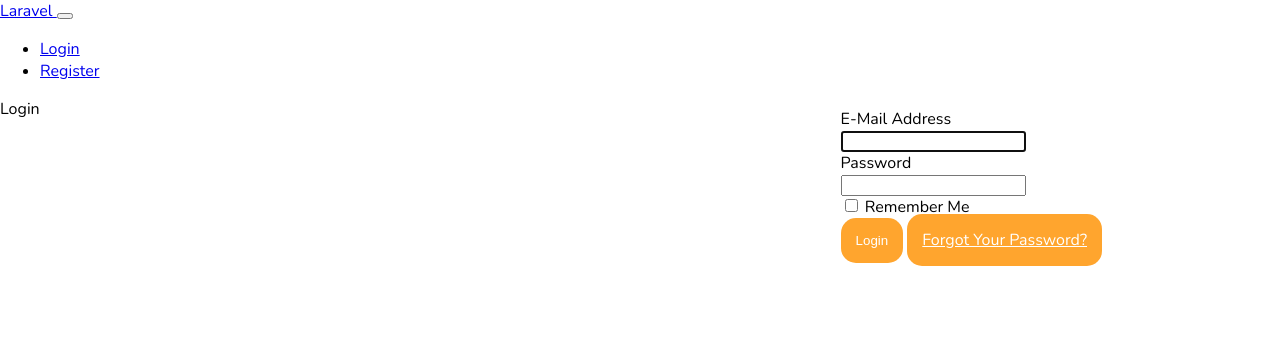
Repository: PatryxB/libraryBook
Page: http://localhost/login
An editor plug-in stored every save of this project. The page is shown before and after the next save, followed by the edit.
The browser window is 1280 px wide. The pictures show the whole page.
The page is served by the project's Laravel application, run on PHP 8.4 with Laravel 8. Other server files are loaded and not shown. Style sheets and scripts are compiled from the project's sources, by tool versions that may differ from the author's.

Above is the page before, as saved 2020-05-14 13:45:44.

### routes/web.php
<?php

use Illuminate\Support\Facades\Route;

/*
|--------------------------------------------------------------------------
| Web Routes
|--------------------------------------------------------------------------
|
| Here is where you can register web routes for your application. These
| routes are loaded by the RouteServiceProvider within a group which
| contains the "web" middleware group. Now create something great!
|
*/

Route::get('/', function () {
    return view('welcome');
});

Auth::routes();

Route::get('/home', 'HomeController@index')->name('home');
Route::post('/l', 'HomeController@store');

### resources/sass/app.scss
// Fonts
@import url('https://fonts.googleapis.com/css?family=Nunito');

// Variables
@import 'variables';

html, body{
    margin: 0;
    padding: 0;
    box-sizing: border-box;
    font-family: 'Nunito';
}
.banner img{
    width: 100%;
    height: 100vh;
    position: relative;
    filter: brightness(70%);
}
.welcome-text{
    position: absolute;
    top: 7%;
    left: 18%;
    color: white;
    font-size: 60px;
}
form{
    position: absolute;
    top: 15%;
    right: 10%;
    background-color: white;
    padding: 50px;
    padding-top: 0;
    border-radius: 25px;
}
.btn{
    background-color: rgb(255, 165, 46);
    color: white;
    border: none;
    padding: 15px;
    border-radius: 15px;
}

Loaded but not shown: app/Http/Controllers/Auth/LoginController.php (common file); app/Http/Controllers/Controller.php (common file); app/Http/Controllers/Auth/ConfirmPasswordController.php (common file); resources/views/auth/login.blade.php (common file); resources/views/layouts/app.blade.php (common file); resources/sass/_variables.scss (common file)

After the next save:
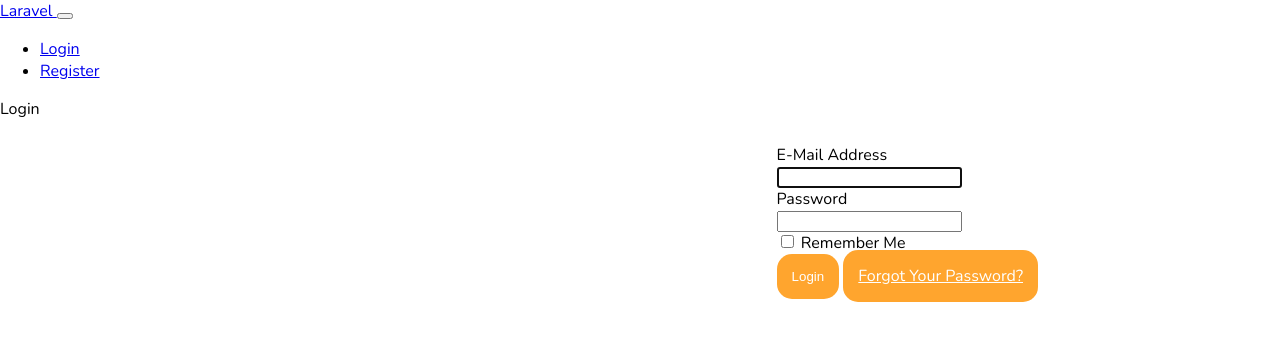
Saved 10 s later.
--- a/resources/sass/app.scss
+++ b/resources/sass/app.scss
@@ -25,8 +25,8 @@ html, body{
 }
 form{
     position: absolute;
-    top: 15%;
-    right: 10%;
+    top: 20%;
+    right: 15%;
     background-color: white;
     padding: 50px;
     padding-top: 0;
